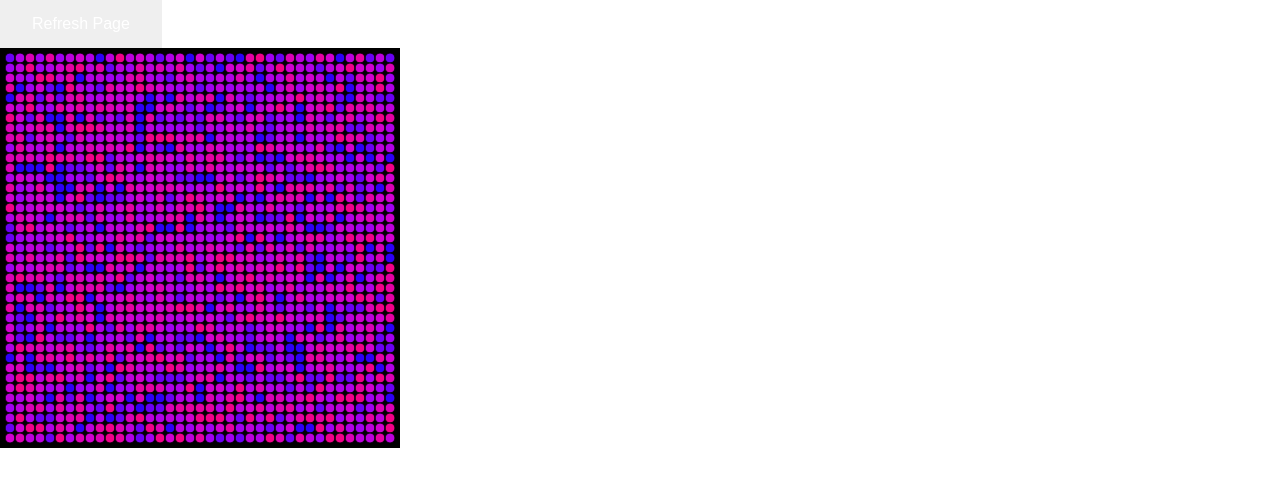
Repository: patriciqa/GenComp
Page: content/day02/pattern/index.html
The author's editor kept a copy of each file at every save. The page is drawn from the files as they stood at one save, then again after the next save.
The browser window is 1280 px wide. The pictures show the whole page.

Above is the page before, as saved 2021-09-30 11:14:51.

After the next save:
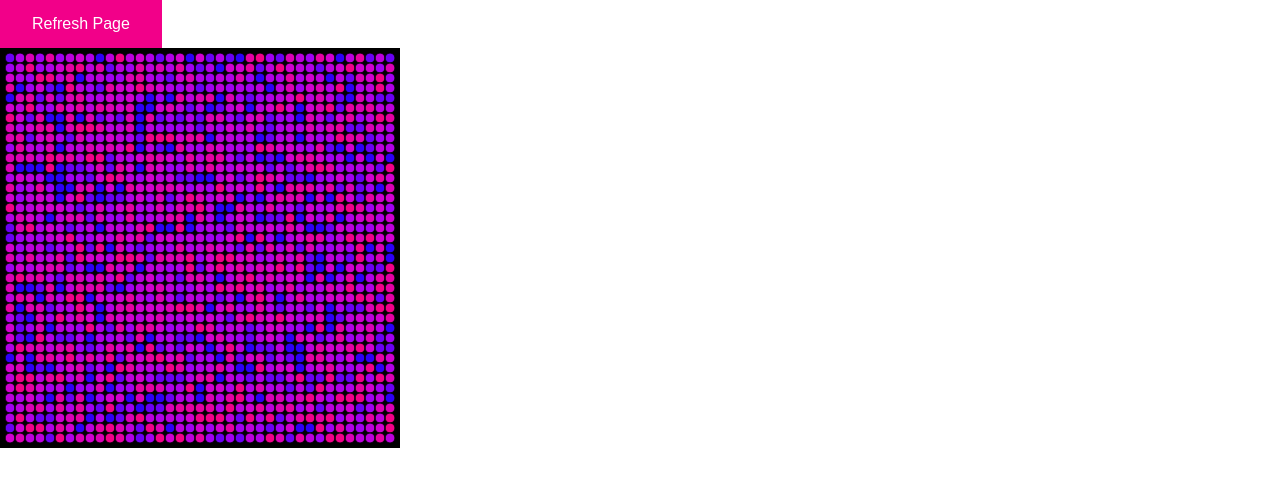
Saved 7 s later.
--- a/content/day02/pattern/style.css
+++ b/content/day02/pattern/style.css
@@ -8,7 +8,7 @@
 }
 
 button {
-  background-color: '#f20089ff'; /* Green */
+  background-color: #f20089ff; /* Green */
   border: none;
   color: white;
   padding: 15px 32px;

After the save that followed:
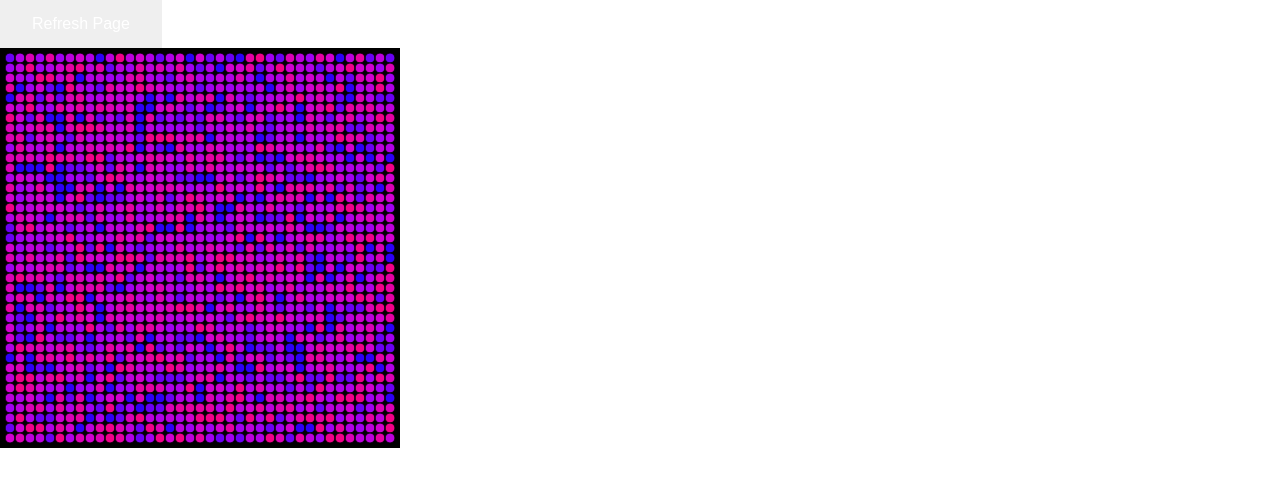
Saved 11 s later.
--- a/content/day02/pattern/style.css
+++ b/content/day02/pattern/style.css
@@ -8,7 +8,7 @@
 }
 
 button {
-  background-color: #f20089ff; /* Green */
+  background-color: 'black'; /* Green */
   border: none;
   color: white;
   padding: 15px 32px;
